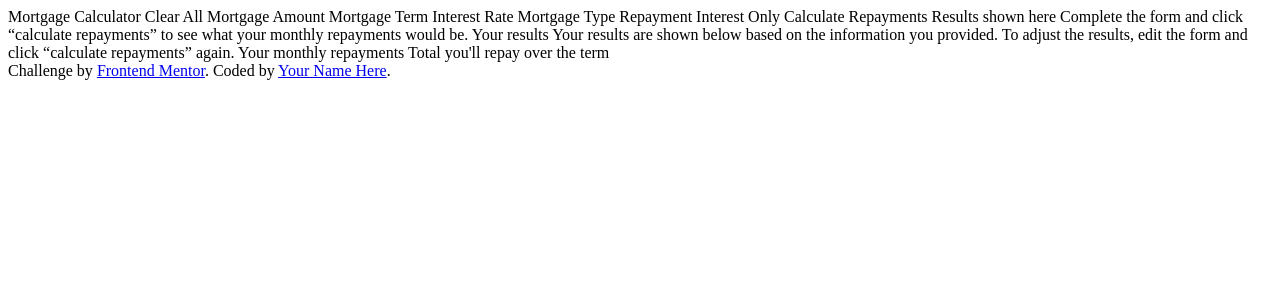
Repository: GravielPV/Mortgage-repayment-calculator
Page: index.html
These files come from the project's save history. The page is drawn as it stood at one moment and after a run of saves; the edit follows.
The browser window is 1280 px wide. The pictures show the whole page.

Above is the page before, as saved 2025-12-11 16:34:56.

### index.html
<!DOCTYPE html>
<html lang="en">
<head>
  <meta charset="UTF-8">
  <meta name="viewport" content="width=device-width, initial-scale=1.0"> <!-- displays site properly based on user's device -->

  <link rel="icon" type="image/png" sizes="32x32" href="./assets/images/favicon-32x32.png">

  <title>Frontend Mentor | Mortgage repayment calculator</title>


</head>
<body>
  <div class="carta">

  Mortgage Calculator
  Clear All

  Mortgage Amount

  Mortgage Term

  Interest Rate

  Mortgage Type
  Repayment
  Interest Only

  Calculate Repayments

  <!-- Empty results start -->

  Results shown here

  Complete the form and click “calculate repayments” to see what
  your monthly repayments would be.

  <!-- Empty results end -->

  <!-- Completed results start -->

  Your results

  Your results are shown below based on the information you provided.
  To adjust the results, edit the form and click “calculate repayments” again.

  Your monthly repayments

  Total you'll repay over the term

  <!-- Completed results end -->

  <div class="attribution">
    Challenge by <a href="https://www.frontendmentor.io?ref=challenge">Frontend Mentor</a>.
    Coded by <a href="#">Your Name Here</a>.
  </div>
</body>
</html>

After the next 2 saves:
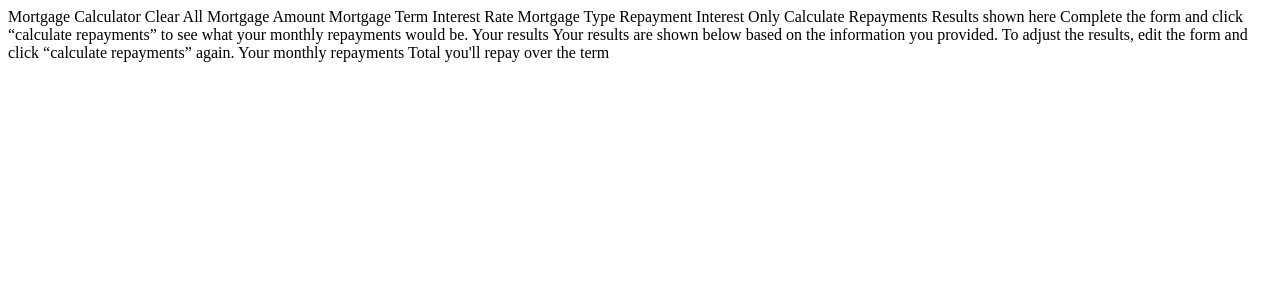
The 2 saves are shown as one change because they came seconds apart.
The last was saved 8 s later.
--- a/index.html
+++ b/index.html
@@ -48,11 +48,9 @@
 
   Total you'll repay over the term
 
+  </div>
+
   <!-- Completed results end -->
 
-  <div class="attribution">
-    Challenge by <a href="https://www.frontendmentor.io?ref=challenge">Frontend Mentor</a>.
-    Coded by <a href="#">Your Name Here</a>.
-  </div>
 </body>
 </html>
